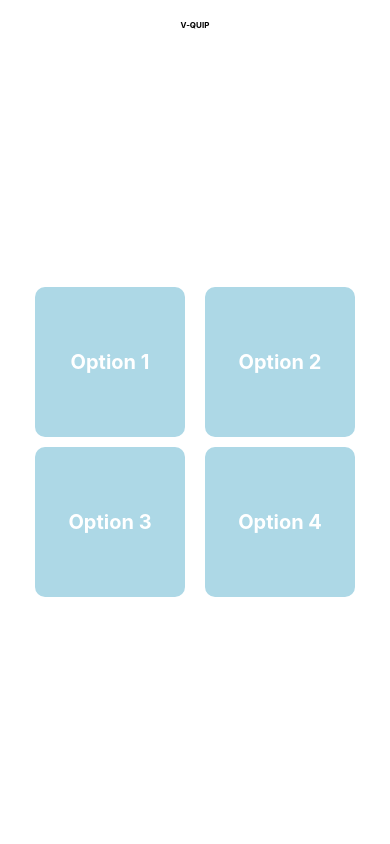
Repository: hajin-park/V-QUIP
Page: / (app in frontend/react-native-app/)
An editor plug-in stored every save of this project. The page is shown before and after the next save, followed by the edit.
The browser window is 390 px wide. The pictures show the whole page.
The app was drawn by React Native's web renderer in a window 390 px wide. The project was rebuilt for these pictures with package versions that can differ from the ones it lists, and the page was loaded fresh each time.

Above is the page before, as saved 2024-03-28 20:38:53.

### frontend/react-native-app/App.js
import { StatusBar } from 'expo-status-bar';
import { StyleSheet, Text, View, TouchableOpacity } from 'react-native';

export default function App() {
  const handleOptionClick = (option) => {
    // Handle click event for the selected option
    console.log(`Option ${option} clicked`);
  };

  return (
    <View style={styles.container}>
      <Text style={styles.title}>V-QUIP</Text>
      <View style={styles.content}>
        <View style={styles.row}>
          <TouchableOpacity style={styles.box} onPress={() => handleOptionClick(1)}>
            <Text style={styles.text}>Option 1</Text>
          </TouchableOpacity>
          <TouchableOpacity style={styles.box} onPress={() => handleOptionClick(2)}>
            <Text style={styles.text}>Option 2</Text>
          </TouchableOpacity>
        </View>
        <View style={styles.row}>
          <TouchableOpacity style={styles.box} onPress={() => handleOptionClick(3)}>
            <Text style={styles.text}>Option 3</Text>
          </TouchableOpacity>
          <TouchableOpacity style={styles.box} onPress={() => handleOptionClick(4)}>
            <Text style={styles.text}>Option 4</Text>
          </TouchableOpacity>
        </View>
      </View>
      <StatusBar style="auto" />
    </View>
  );
}

const styles = StyleSheet.create({
  container: {
    flex: 1,
    backgroundColor: '#fff',
  },
  title: {
    fontSize: 8,
    fontWeight: 'bold',
    marginTop: 20,
    marginBottom: 20,
    textAlign: 'center',
  },
  content: {
    flex: 1,
    alignItems: 'center',
    justifyContent: 'center',
  },
  row: {
    flexDirection: 'row',
    justifyContent: 'center',
    marginBottom: 10,
  },
  box: {
    width: 150,
    height: 150,
    backgroundColor: '#ADD8E6', // Light blue color
    borderRadius: 10, // Rounded edges
    alignItems: 'center',
    justifyContent: 'center',
    marginHorizontal: 10,
  },
  text: {
    fontSize: 20,
    fontWeight: 'bold',
    color: '#FFFFFF', // White text color
  },
});

After the next save:
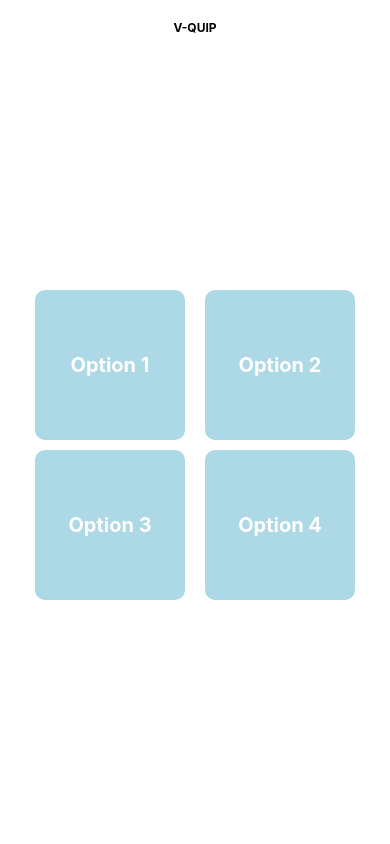
Saved 4 s later.
--- a/frontend/react-native-app/App.js
+++ b/frontend/react-native-app/App.js
@@ -39,7 +39,7 @@ const styles = StyleSheet.create({
     backgroundColor: '#fff',
   },
   title: {
-    fontSize: 8,
+    fontSize: 12,
     fontWeight: 'bold',
     marginTop: 20,
     marginBottom: 20,
